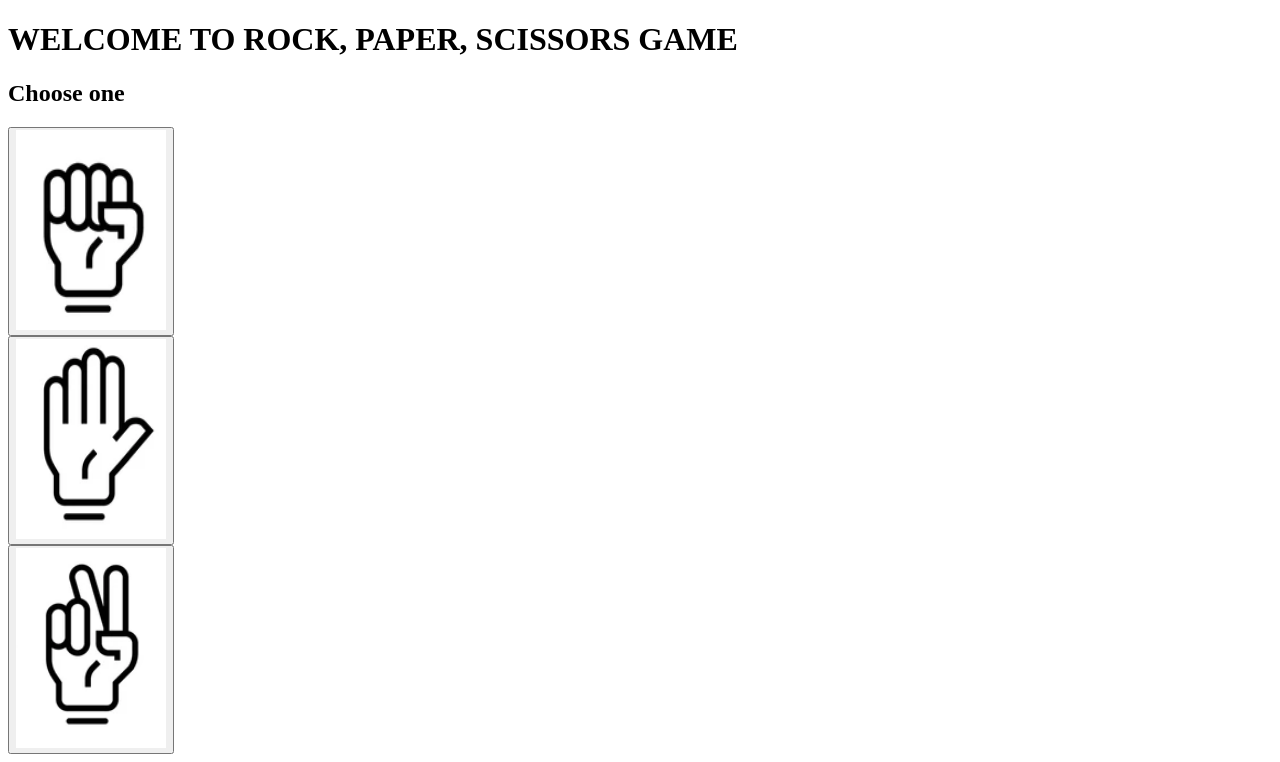
Repository: xhide341/rock_paper_scissor
Page: index.html
These files come from the project's save history. The page is drawn as it stood at one moment and after the next save; the edit follows.
The browser window is 1280 px wide. The pictures show the whole page.

Above is the page before, as saved 2024-06-21 19:00:09.

### index.html
<!DOCTYPE html>
<html lang="en">
<head>
    <meta charset="UTF-8">
    <meta name="viewport" content="width=device-width, initial-scale=1.0">
    <title>Document</title>
    <script src="script.js"></script>
</head>
<body>
    <main>
        <h1>WELCOME TO ROCK, PAPER, SCISSORS GAME</h1>
        <div class="container">
            <h2>Choose one</h2>
            <div class="image-container">
                <button class="rock">
                    <img src="./images/rock_icon.PNG" alt="Image of rock handsign" height="200px" width="150px">
                </button>
            </div>
            <div class="image-container">
                <button class="paper">
                    <img src="./images/paper_icon.PNG" alt="Image of paper handsign" height="200px" width="150px">
                </button>
            </div>
            <div class="image-container">
                <button class="scissor">
                    <img src="./images/scissor_icon.PNG" alt="Image of scissor handsign" height="200px" width="150px">
                </button>
            </div>
        </div>
    </main>

</body>
</html>

### script.js
// PROMPT user to choose between rock, paper, and scissor
// IF user is done choosing, THEN
// GENERATE random element between rock, paper, and scissor
// IF user element beats computer element, THEN
// add point to user, ELSE
// add point to computer


function getComputerChoice() {
    let computerChoice = Math.floor(Math.random() * 3);
    if (computerChoice === 1) {
        return "rock";
    } else if (computerChoice === 2) {
        return "paper";
    } else {
        return "scissor";
    }
}

function getHumanChoice() {
    let humanChoice = prompt("What is your choice?");
    humanChoice.toLowerCase();
    if (humanChoice === "rock") {
        return "rock";
    } else if (humanChoice === "paper") {
        return "paper";
    } else {
        return "scissor";
    }
}

function playRound(computerSelection, humanSelection) {
    if (computerSelection > humanSelection) {
        alert("Computer wins the round!");
        return "computer";
    } else if (computerSelection < humanSelection) {
        alert("Human wins the round!");
        return "human";
    } else {
        alert("Tie!");
        return "tie";
    }
}

function playGame() {
    let computer = 0; human = 0, tie = 0;
    for (let i = 1; i <= 5; i++) {
        alert("Round " + i);
        let roundWinner = playRound(getComputerChoice(), getHumanChoice());
        if (roundWinner === "computer") {
            computer++;
        } else if (roundWinner === "human") {
            human++;
        } else {
            tie++;
        }
    }

    if (computer > human) {
        alert("Computer wins the game!");
    } else if (computer < human) {
        alert("Human wins the game!");
    } else {
        alert("It's a tie!");
    }
}

After the next save:
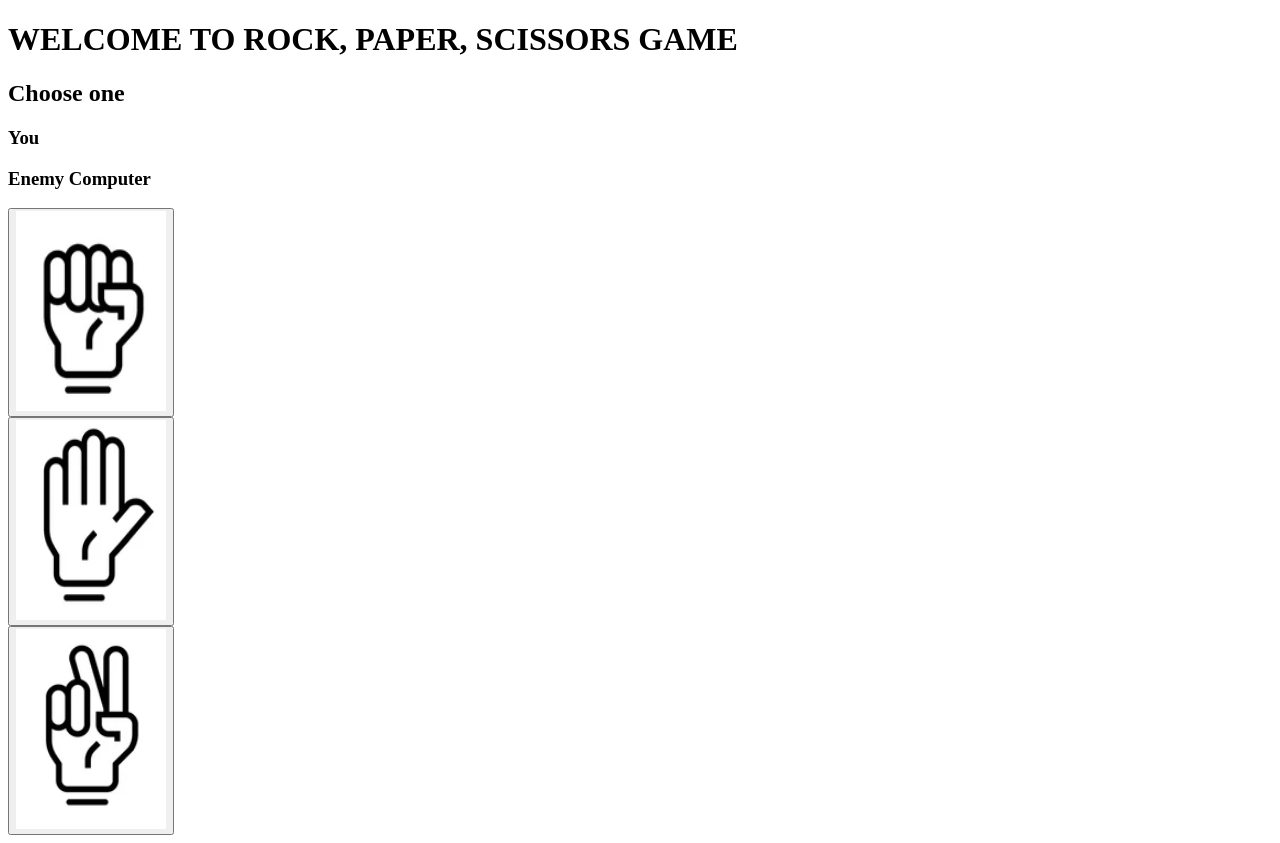
Saved 2 min 55 s later.
--- a/index.html
+++ b/index.html
@@ -11,6 +11,9 @@
         <h1>WELCOME TO ROCK, PAPER, SCISSORS GAME</h1>
         <div class="container">
             <h2>Choose one</h2>
+            <h3 class="names">You</h3>
+            <h3 class="names">Enemy Computer</h3>
+
             <div class="image-container">
                 <button class="rock">
                     <img src="./images/rock_icon.PNG" alt="Image of rock handsign" height="200px" width="150px">
